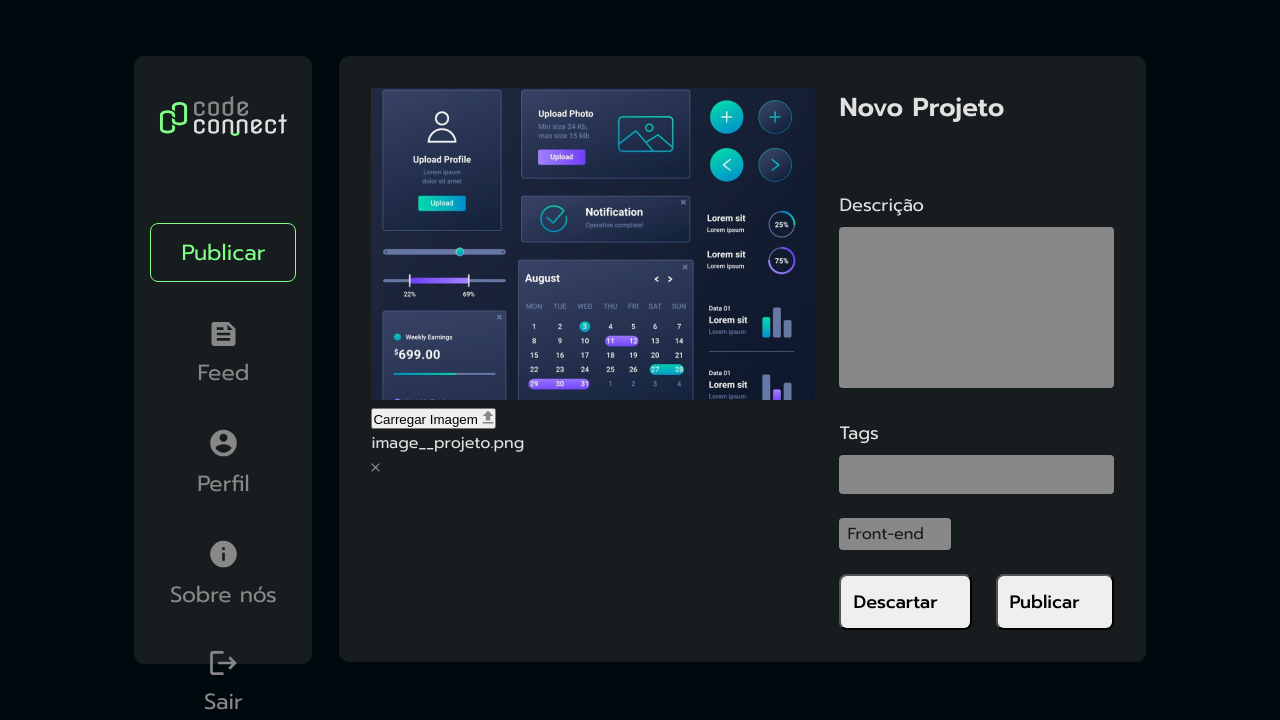
Repository: joaoPraiaJunior/async_await
Page: index.html
An editor plug-in stored every save of this project. The page is shown before and after the next save, followed by the edit.
The browser window is 1280 px wide. The pictures show the whole page.

Above is the page before, as saved 2024-08-24 19:44:18.

After the next save:
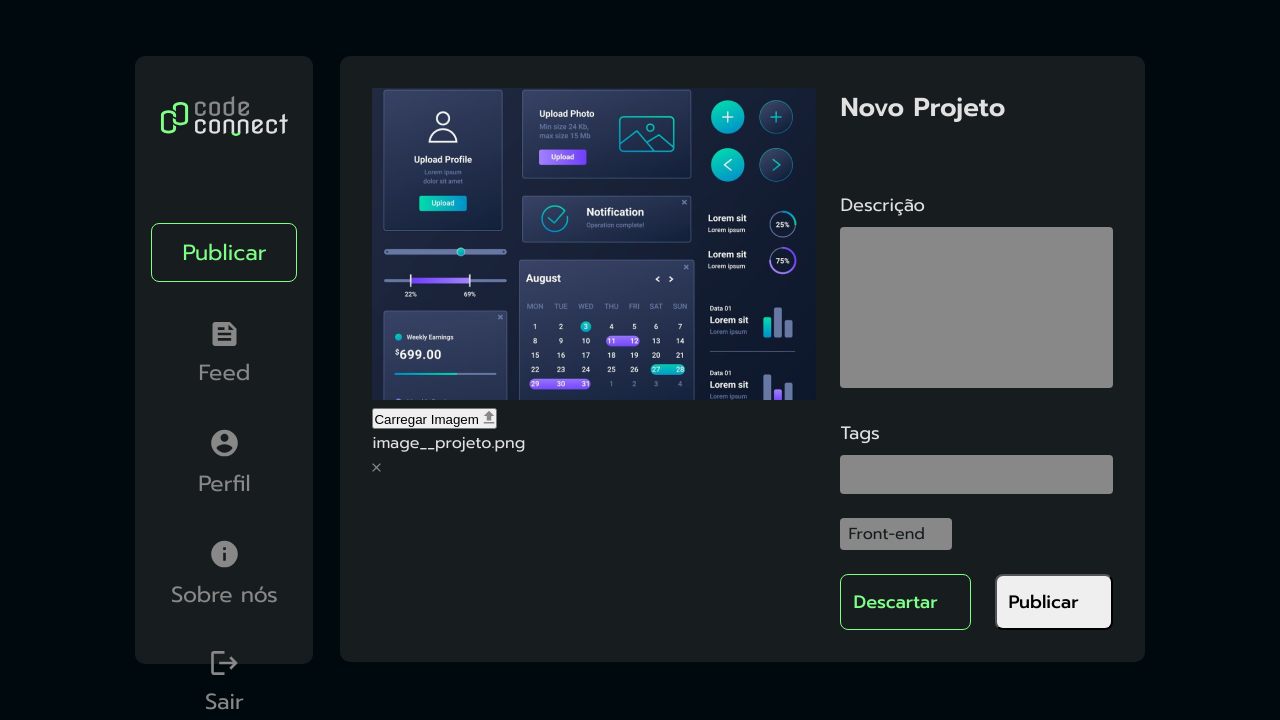
Saved 2 min 2 s later.
--- a/css/styles.css
+++ b/css/styles.css
@@ -149,3 +149,10 @@ body {
     border-radius: .8rem;
     padding: 1.2rem 3.2rem 1.2rem 1.2rem
 }
+
+.c-formulario__botao--descartar {
+    position: relative;
+    color: var(--cor-primaria);
+    background-color: var(--componentes-do-background);
+    border: .1rem solid var(--cor-primaria);
+}
